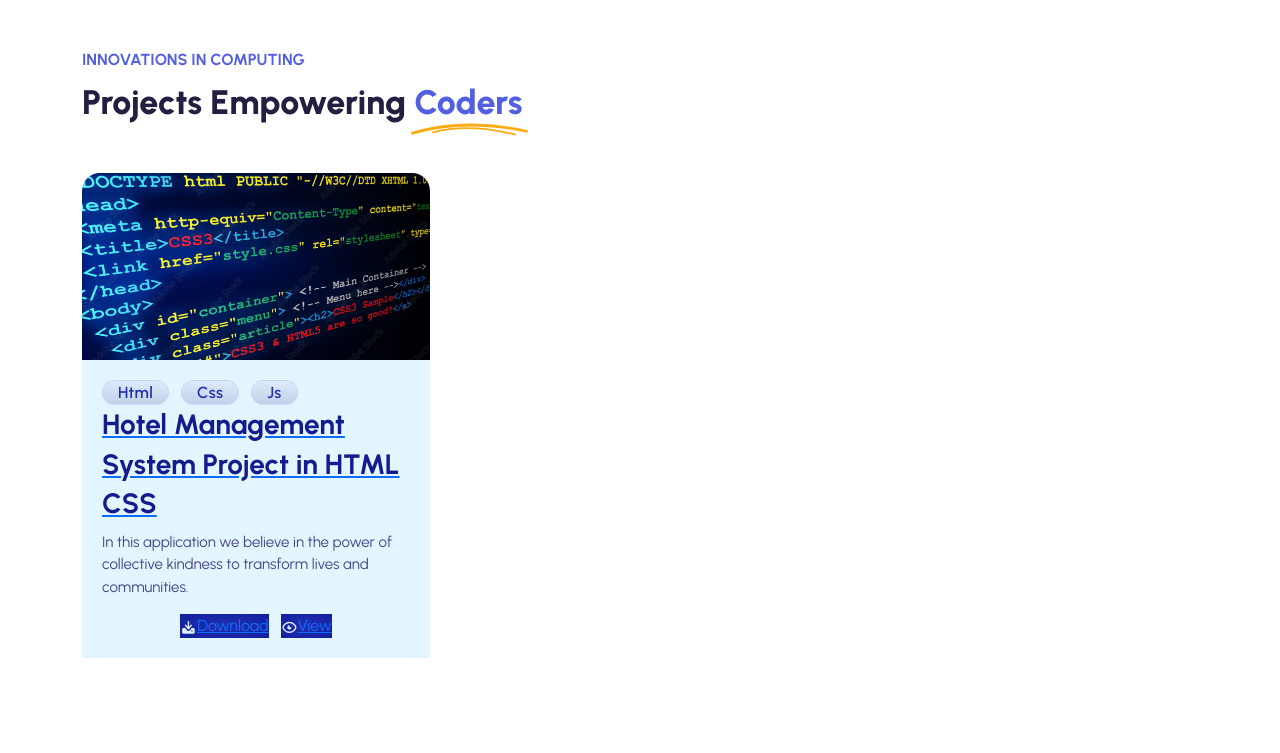
Repository: sharma171/jtccreativeideas
Page: /newsection (app in nextjssite/)
The author's editor kept a copy of each file at every save. The page is drawn from the files as they stood at one save, then again after the next save.
The browser window is 1280 px wide. The pictures show the whole page.
The project was rebuilt for these pictures with package versions that can differ from the ones it lists, and the page was loaded fresh each time. The framework's server and built-in components were replaced by stand-ins that run in the browser. Also part of the build but not shown: nextjssite/next.config.mjs.

Above is the page before, as saved 2024-03-28 14:16:58.

After the next save:
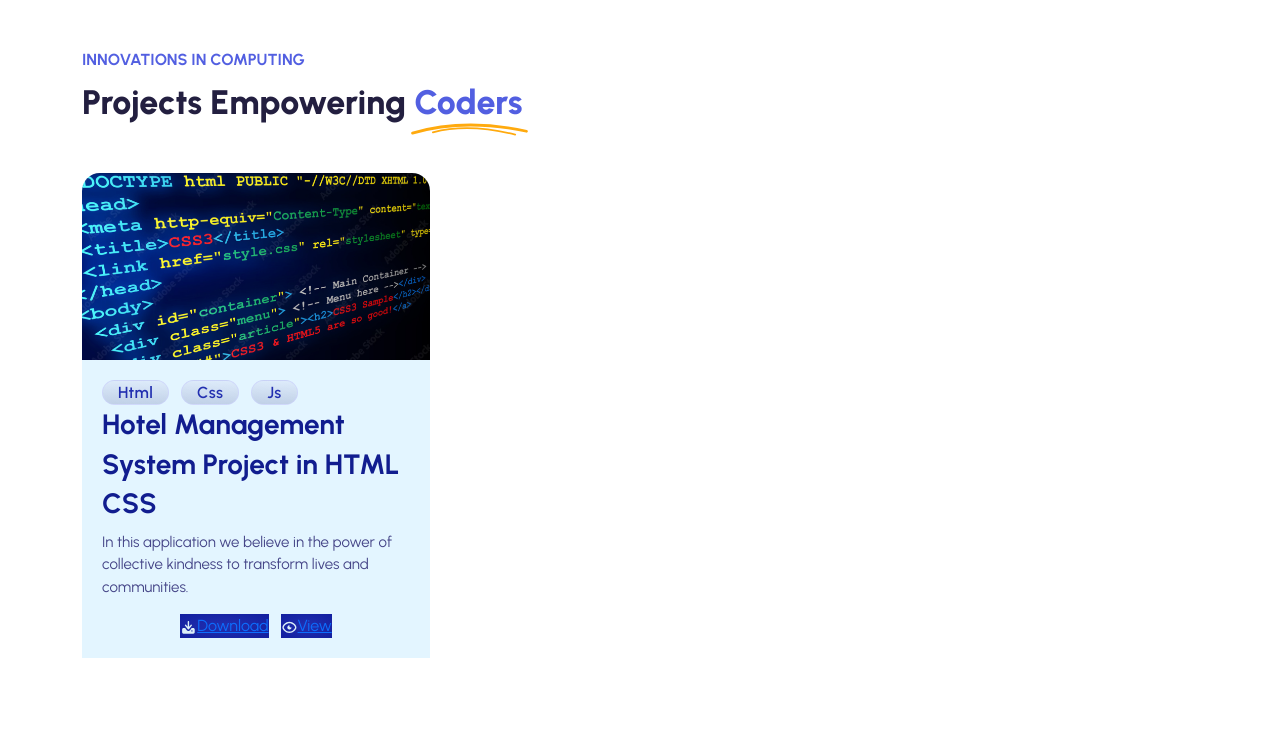
Saved 21 s later.
--- a/nextjssite/src/app/newsection/page.css
+++ b/nextjssite/src/app/newsection/page.css
@@ -81,6 +81,9 @@ section.projects {
     border-radius: 19px;
     border: 1px solid #ccd3fbc2;
 }
+.project-cards li .card-inner .info .text-link {
+    text-decoration: none;
+}
 .project-cards li .card-inner .info .heading {
     font-style: 24px;
     line-height: 1.4em;
